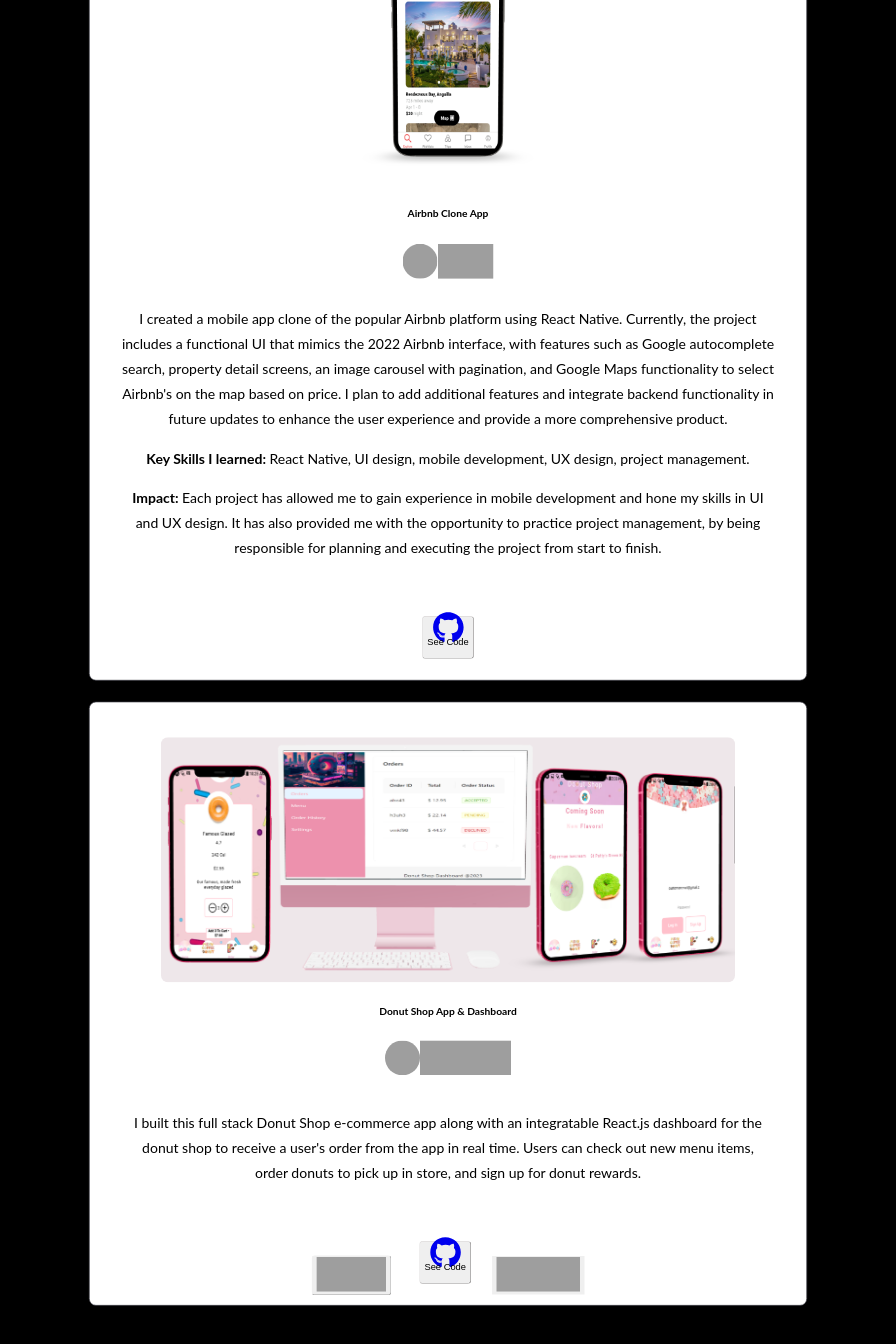
Repository: JamesPesenti/portfolio
Page: /
These files come from the project's save history. The page is drawn as it stood at one moment and after the next save; the edit follows.
The browser window is 1280 px wide. The pictures show the part of the page from y = 1665 to 3585 px (the page is 6929 px tall), at 70% of full size.
Pictures or frames that could not be fetched are drawn as grey boxes. The project was rebuilt for these pictures with package versions that can differ from the ones it lists, and the page was loaded fresh each time. Imported but missing from the stored project, and not drawn on this page: src/Components/James Pesenti Resume 2023.pdf.

Above is the page before, as saved 2023-05-05 14:55:01.

### public/index.html
<!DOCTYPE html>
<html lang="en">
  <head>
    <meta charset="utf-8" />
    <link rel="" href="" />
    <meta name="viewport" content="width=device-width, initial-scale=1" />
    <meta name="theme-color" content="#000000" />
    <meta name="description" content="James Pesenti Portfolio 2022" />
    <link rel="apple-touch-icon" href="" />
    <link rel="manifest" href="%PUBLIC_URL%/manifest.json" />

    <title>Portfolio 2023</title>

  </head>
  <body>
    <div id="root"></div>
  </body>
</html>

### src/Components/Navbar.jsx
import React, {Component} from 'react'
import { FaGithub } from "react-icons/fa";
import { FaEnvelope } from "react-icons/fa";
import { FaFile } from "react-icons/fa";
import Pdf from "../Components/James Pesenti Resume 2023.pdf"


const Navbar = () => {
  return (
    <>
          <div className="navbar flex">
            <div className="container">
                <nav>
                  <ul style={{textAlign: "center", marginTop: 70, position: 'relative', left: 0, top: -2}}>
                    <li>
                      <a className="App-link"  href="mailto:jamespesenti91@gmail.com" target="_blank" rel="noopener noreferrer">
                      <FaEnvelope size={35} style={{display: "flex", textAlign: "center", marginLeft: 10}}/>
                          Contact
                      </a>
                    </li>
                    <li>
                      <a className="App-link" href="https://github.com/JamesPesenti" target="_blank" rel="noopener noreferrer">
                        <FaGithub size={35} style={{display: "flex", textAlign: "center", marginLeft: 10}} />
                        GitHub
                      </a>
                    </li>
                    <li>
                      <a className="App-link" href={Pdf} target="_blank" rel="noopener noreferrer">
                        <FaFile size={35} style={{display: "flex", textAlign: "center", marginLeft: 10}} />
                        Resume
                      </a>
                    </li>
                  </ul>
                </nav>
                {/* <h4 style={{color: "white", textAlign: 'center', marginBottom:-440}}>
                  See my work below and send a message to get in touch
                </h4> */}
            </div>
          </div>
    </>
  )
}

export default Navbar

### src/Components/AboutMe.jsx
import React from 'react'
import { FontAwesomeIcon } from '@fortawesome/react-fontawesome'
import { FaGithub } from "react-icons/fa";
import { FaMapPin } from "react-icons/fa";

const AboutMe = () => {
  return (
    <>

        <div style={{justifyContent: "center", textAlign: "center", color: "white", padding: 50,}}>
            {/* Spinning image  */}
            {/* <img style={{padding: 10, borderRadius: "50%", width: 200, height: 200,}} src="/images/IMG_1619.jpg" className="App-logo" alt="logo" /> */}
            <img style={{padding: 10, borderRadius: "50%", width: 200, height: 200,}} src="/images/IMG_1619.jpg" alt="logo" />
            <h1>I'm James Pesenti</h1>
            <h2>a Software Developer building mobile apps and websites</h2>
              <FaMapPin size={20} style={{position: "relative", top: 5, right: 65, }} />
              <h3 style={{marginTop: -24}}> Chicago, IL</h3>
        </div>

</>
  )
}

export default AboutMe

### src/Components/Scroll.jsx
import React from 'react'
import '../CSS/App.css';


const Scroll = () => {

  return (
    <>

        <div style={{marginBottom: 400, justifyContnent: 'center'}} id="section09" class="demo">
          <a href="#parallaxContainer">
            <span></span>
            Scroll down to see my work
          </a>
        </div>

    </>
  )
}

export default Scroll

### src/Components/MyProjects.jsx
import UberGoogleButton from "../Components/UberGoogleButton"
import AstonGoogleButton from "./AstonGoogleButton"
import AstonAppleButton from "./AstonAppleButton"
import BarceGoogleButton from "../Components/BarceGoogleButton"
import BarceAppleButton from "./BarceAppleButton"
import { FaGithub } from "react-icons/fa";

const MyProjects = () => {
  return (

  <>
    <div id="parallaxContainer">

    {/* Airbnb Clone */}
    <div style={{ justifyContent: 'center', alignItems: 'center',  width: "80%", borderRadius: 10}} className="box">
            <div>
                <img style={{ borderRadius: 10, marginTop: 50, width: "48%", height: 350, transition: ".7s", }} src="images/mockrocket-capture (11).png" />
            </div>
            <h4 style={{textAlign: 'center'}}>Airbnb Clone App</h4>
                <div style={{flexDirection: "row", padding: 10, borderRadius: 10, marginBottom: -40,}}>
                  <img style={{width: 50, height: 50, borderRadius: 50}} src="https://i.pinimg.com/originals/8a/02/1a/8a021aa097236b42dd71fb731e3d894d.gif"/>
                  <img style={{width: 80, height: 50, }} src="https://www.datocms-assets.com/45470/1631026680-logo-react-native.png"  />
                  {/* <img style={{width: 50, height: 50, }} src="https://pbs.twimg.com/profile_images/1114309924551417856/FKA4cm2x_400x400.png"  /> */}
                </div>
            <p style={{fontSize: 20, textAlign: 'center', padding: 40, marginBottom: -70}}>I created a mobile app clone of the popular Airbnb platform using React Native. Currently, the project includes a functional UI that mimics the 2022 Airbnb interface, with features such as Google autocomplete search, property detail screens, an image carousel with pagination, and Google Maps functionality to select Airbnb's on the map based on price. I plan to add additional features and integrate backend functionality in future updates to enhance the user experience and provide a more comprehensive product.</p>
            <p style={{fontSize: 20, textAlign: 'center', padding: 30, marginBottom: -80}}><b> Key Skills I learned: </b>React Native, UI design, mobile development, UX design, project management.</p>
            <p style={{fontSize: 20, textAlign: 'center', padding: 50}}><b> Impact: </b> Each project has allowed me to gain experience in mobile development and hone my skills in UI and UX design. It has also provided me with the opportunity to practice project management, by being responsible for planning and executing the project from start to finish.</p>

            <div style={{flexDirection: "row"}}>
                {/* <UberGoogleButton  /> */}
                <button style={{marginTop: 40}} type="button" className="codeButton">
                  <a href="https://github.com/JamesPesenti/Donut_Shop" target="_blank" rel="noopener noreferrer">
                    <FaGithub  size={45} style={{ marginTop: -80, marginBottom: -25, justifyContent: "center", textAlign: "center"}} />
                  </a>
                  <p>See Code</p>
                </button>
                {/* <AstonAppleButton  /> */}
            </div>

        </div>


     {/* Donut Shop App */}
     <div style={{marginTop: 30, marginBottom: 20, justifyContent: 'center', alignItems: 'center',  width: "80%", borderRadius: 10}} className="box">
            <div>
                <img style={{ borderRadius: 10, marginTop: 50, width: "80%", height: 350, transition: ".7s", }} src="/images/appAndDashMock.png" />
            </div>
            <h4 style={{textAlign: 'center'}}>Donut Shop App & Dashboard</h4>
                <div style={{flexDirection: "row", padding: 10, borderRadius: 10, marginBottom: -40,}}>
                  <img style={{width: 50, height: 50, borderRadius: 50}} src="https://i.pinimg.com/originals/8a/02/1a/8a021aa097236b42dd71fb731e3d894d.gif"/>
                  <img style={{width: 80, height: 50, }} src="https://www.datocms-assets.com/45470/1631026680-logo-react-native.png"  />
                  <img style={{width: 50, height: 50, }} src="https://pbs.twimg.com/profile_images/1114309924551417856/FKA4cm2x_400x400.png"  />
                </div>
            <p style={{fontSize: 20,textAlign: 'center', padding: 50}}>I built this full stack Donut Shop e-commerce app along with an integratable React.js dashboard for the donut shop to receive a user's order from the app in real time. Users can check out new menu items, order donuts to pick up in store, and sign up for donut rewards.</p>

            <div style={{flexDirection: "row"}}>
                <UberGoogleButton  />
                <button style={{marginTop: 40}} type="button" className="codeButton">
                  <a href="https://github.com/JamesPesenti/Donut_Shop" target="_blank" rel="noopener noreferrer">
                    <FaGithub  size={45} style={{ marginTop: -80, marginBottom: -25, justifyContent: "center", textAlign: "center"}} />
                  </a>
                  <p>See Code</p>
                </button>
                <AstonAppleButton  />
            </div>

        </div>


    {/* Uber Eats App */}
    <div style={{marginTop: 80, marginBottom: 60, justifyContent: 'center', alignItems: 'center',  width: "80%", borderRadius: 10}} className="box">
            <div className="imgWrapper" style={{width: 480, height: 350}}>
                <img style={{ borderRadius: 5, marginTop: 50, width: "100%", height: 300, transition: ".7s", }} src="/images/UberEatsLast.png" />
            </div>
            <h4 style={{textAlign: 'center'}}>Uber Eats Clone App</h4>
                <div style={{flexDirection: "row", padding: 10, borderRadius: 10, marginBottom: -40,}}>
                  <img style={{width: 50, height: 50, borderRadius: 50}} src="https://i.pinimg.com/originals/8a/02/1a/8a021aa097236b42dd71fb731e3d894d.gif"/>
                  <img style={{width: 80, height: 50, }} src="https://www.datocms-assets.com/45470/1631026680-logo-react-native.png"  />
                  <img style={{width: 50, height: 50, }} src="https://pbs.twimg.com/profile_images/1114309924551417856/FKA4cm2x_400x400.png" />
                </div>
            <p style={{fontSize: 20,textAlign: 'center', padding: 50}}>A full stack React Native app inspired by the UberEats user app. I utilized AWS Amplify's datastore to configure the back-end to query and save customer's orders and used Amazon Cognito for user registration, authentication, & account recovery.</p>

            <div style={{flexDirection: "row"}}>
                <UberGoogleButton  />
                <button style={{marginTop: 40}} type="button" className="codeButton">
                  <a href="https://github.com/JamesPesenti/UberEatsClone" target="_blank" rel="noopener noreferrer">
                    <FaGithub  size={45} style={{ marginTop: -80, marginBottom: -20, justifyContent: "center", textAlign: "center"}} />
                  </a>
                  <p>See Code</p>
                </button>
                <AstonAppleButton  />
            </div>

        </div>


     {/* Aston Waikiki App */}
       <div style={{marginTop: 80, marginBottom: 120, justifyContent: 'center', alignItems: 'center',  width: "80%", borderRadius: 10}} className="box">
            <div className="imgWrapper" style={{width: 450, height: 350}}>
                <img style={{ marginTop: 50, width: "100%", height: "auto", transition: ".7s", }} src="/images/astonmock.png" />
            </div>
            <h4 style={{textAlign: 'center'}}>Aston Waikiki Hotel UI</h4>
                <div style={{flexDirection: "row", padding: 10, borderRadius: 10, marginBottom: -40,}}>
                  <img style={{width: 50, height: 50, borderRadius: 50}} src="https://i.pinimg.com/originals/8a/02/1a/8a021aa097236b42dd71fb731e3d894d.gif"/>
                  <img style={{width: 80, height: 50, }} src="https://www.datocms-assets.com/45470/1631026680-logo-react-native.png"  />
                </div>
            <p style={{fontSize: 20,textAlign: 'center', padding: 50}}>A React Native UI design I created to reimagine the hotel Aston Waikiki Beach's website into a cross platform mobile app. I used most of the content and images from the current website and utilized both Bottom Tabs, Drawer navigation and other React Native libraries for a better user experience.</p>

            <div style={{flexDirection: "row"}}>
                <AstonGoogleButton  />
                <button style={{marginTop: 40}} type="button" className="codeButton">
                        <a href="https://github.com/JamesPesenti/AstonWaikikiBeachApp" target="_blank" rel="noopener noreferrer">
                            <FaGithub  size={45} style={{ marginTop: -80, marginBottom: -20, justifyContent: "center", textAlign: "center"}} />
                        </a>
                        <p>See Code</p>
                </button>
                <AstonAppleButton  />
            </div>

        </div>


    {/* Barcelona App */}
       <div style={{marginTop: 20, marginBottom: 120, justifyContent: 'center', alignItems: 'center',  width: "80%", borderRadius: 10}} className="box">
            <div className="imgWrapper" style={{width: 650, height: 300}}>
                <img style={{ marginTop: 30, width: "100%", height: 250, transition: ".7s", }} src="/images/barcelonamockup.png" />
            </div>
            <h4 style={{textAlign: 'center'}}>Barcelona Tourist App</h4>
                <div style={{flexDirection: "row", padding: 10, borderRadius: 10, marginBottom: -20,}}>
                <img style={{width: 80, height: 50,}} src="https://www.datocms-assets.com/45470/1631026680-logo-react-native.png"  />
                <img style={{width: 50, height: 50, borderRadius: 50}} src="https://i.pinimg.com/originals/8a/02/1a/8a021aa097236b42dd71fb731e3d894d.gif"/>
                </div>
            <p style={{fontSize: 20, textAlign: 'center', padding: 50}}>I created this React Native app for visitors of Barcelona Spain to save pictures and locations of their favorite places. I used pop-up modals for users to quickly get information on popular sights and used geolocation with google maps so users can save their location and select it on the map.</p>

            <div style={{flexDirection: "row"}}>
               <BarceAppleButton  />
                <button style={{marginTop: 40}} type="button" className="codeButton">
                        <a href="https://github.com/JamesPesenti/BarcelonaApp" target="_blank" rel="noopener noreferrer">
                            <FaGithub  size={45} style={{ marginTop: -80, marginBottom: -20, justifyContent: "center", textAlign: "center"}} />
                        </a>
                        <p>See Code</p>
                </button>
                <BarceGoogleButton  />
            </div>

        </div>

    {/* IAR React App */}
        {/* <div style={{marginBottom: 0, justifyContent: 'center', alignItems: 'center',  width: "80%", borderRadius: 10}} className="box">
            <img style={{ width: 600, height: 350, borderRadius: 10, borderWidth: 2, borderColor: "green"}} src="/images/innermock.png" />
            <h4 style={{textAlign: 'center'}}>Inner Aura Readings Website</h4>
            <div style={{flexDirection: "row", padding: 10, borderRadius: 10}}>
                <img src="https://www.logo.wine/a/logo/React_(web_framework)/React_(web_framework)-Logo.wine.svg" style={{width: 100, height: 50,}} />
                <img className="logoBox" src="https://cdn.pixabay.com/photo/2017/08/05/11/16/logo-2582747_1280.png" style={{width: 50, height: 50,}} />
            </div>
            <p style={{fontSize: 20, textAlign: 'center', padding: 50}}>This was the first official React.js web app that I developed. I made it for a friend who wanted to reach more customers with a mobile friendly website. I made multiple iterations and converted it into a PWA for offline operability with native like performance. </p>
            <button style={{marginTop: 0}} type="button" className="codeButton">
                        <a href="https://github.com/JamesPesenti/InnerAuraReadings2022" target="_blank" rel="noopener noreferrer">
                            <FaGithub  size={45} style={{ marginTop: -80, marginBottom: -20, justifyContent: "center", textAlign: "center"}} />
                        </a>
                        <p>See Code</p>
            </button>

        </div> */}


{/* REapp */}
        {/* <div style={{marginBottom: 100, justifyContent: 'center', alignItems: 'center',  width: "80%", borderRadius: 10,}} className="box">
        <img style={{marginTop: 50, width: 800, height: 350, borderRadius: 10, borderWidth: 2, borderColor: "green"}} src="/images/remockup.png" />
            <h4 style={{textAlign: 'center'}}>Real Estate Listing Website </h4>
            <div style={{flexDirection: "row", padding: 10, borderRadius: 10}}>
                <img src="https://www.logo.wine/a/logo/React_(web_framework)/React_(web_framework)-Logo.wine.svg" style={{width: 100, height: 50,}} />
                <img src="https://img.icons8.com/color/480/cloud-firestore.png" style={{width: 50, height: 50,}} />
                <img src="https://raw.githubusercontent.com/JamesPesenti/RealEstateApp/16b046b3d34b4a26468627e906dc503be8911b73/src/assets/svg/googleIcon.svg" style={{marginBottom: 8, width: 100, height: 30,}} />
            </div>
            <p style={{fontSize: 20, textAlign: 'center', padding: 50}}>Real Estate listing website built with React, FireStore database and Google OAuth to sign in with a google account. You can search listings for rent/sale and login to your account to create a listing and save offers. Inspiration and back-end code taken from Brad Traversey's React course I took on Udemy.</p>
            <button style={{marginTop: 40}} type="button" className="codeButton">
                        <a href="https://github.com/JamesPesenti/RealEstateApp" target="_blank" rel="noopener noreferrer">
                            <FaGithub  size={45} style={{ marginTop: -80, marginBottom: -20, justifyContent: "center", textAlign: "center"}} />
                        </a>
                        <p>See Code</p>
            </button>
        </div> */}

    </div>


    </>
  )
}

export default MyProjects

### src/Components/UberGoogleButton.jsx
import React from 'react'


const UberGoogleButton = () => {
  return (
    <>
    <button type="button" style={{marginRight: 40, borderWidth: .1, borderColor: '#efefef', borderRadius: 5}}>
        <a href="https://expo.dev/accounts/jimpesenti/projects/UberEats/builds/b9dfcb73-dd37-4009-b5f9-7d24a72b937d">
            <img style={{width: 100, height: 50, borderRadius: 0}} src="https://logos-world.net/wp-content/uploads/2020/12/Google-Play-Logo-500x281.png"/>
        </a>
    </button>
    </>
  )
}

export default UberGoogleButton

### src/Components/AstonGoogleButton.jsx
import React from 'react'


const AstonGoogleButton = () => {
  return (
    <>
    <button type="button" style={{marginRight: 40, borderWidth: .1, borderColor: '#efefef', borderRadius: 5}}>
        <a href="https://play.google.com/store/apps/details?id=com.jamespesenti91.astonwaikikibeach">
            <img style={{width: 100, height: 50, borderRadius: 0}} src="https://logos-world.net/wp-content/uploads/2020/12/Google-Play-Logo-500x281.png"/>
        </a>
    </button>
    </>
  )
}

export default AstonGoogleButton

### src/Components/AstonAppleButton.jsx
import React from 'react'

const AstonAppleButton = () => {
  return (
    <>
    <button type="submit" style={{marginLeft: 30, borderWidth: 0,}}  >
        <a href="">
            <img style={{width: 120, height: 50, borderRadius: 0}} src="https://images.squarespace-cdn.com/content/v1/5b549a7f3c3a53487c250f58/1597439116255-P7ME5MNOIWQLJS1X4CPP/Apple+App+Store+Logo+Button.png"/>
        </a>
    </button>
    </>
  )
}

export default AstonAppleButton

### src/Components/BarceGoogleButton.jsx
import React from 'react'


const BarceGoogleButton = () => {
  return (
    <>
    <button type="button" style={{marginLeft: 30, borderWidth: .1, borderColor: '#efefef', borderRadius: 5}}>
        <a href="https://play.google.com/store/apps/details?id=com.jamespesenti91.VisitBarcelona">
            <img style={{width: 100, height: 50, borderRadius: 0}} src="https://logos-world.net/wp-content/uploads/2020/12/Google-Play-Logo-500x281.png" alt="barceButton"/>
        </a>
    </button>
    </>
  )
}

export default BarceGoogleButton

### src/Components/BarceAppleButton.jsx
import React from 'react'

const BarceAppleButton = () => {
  return (
    <>
    <button type="submit" style={{marginRight: 30, borderWidth: 0,}}  >
        <a href="">
            <img style={{width: 120, height: 50, borderRadius: 0}} src="https://images.squarespace-cdn.com/content/v1/5b549a7f3c3a53487c250f58/1597439116255-P7ME5MNOIWQLJS1X4CPP/Apple+App+Store+Logo+Button.png"/>
        </a>
    </button>
    </>
  )
}

export default BarceAppleButton

Loaded but not shown: src/index.js (common file); src/reportWebVitals.js (common file); src/serviceWorkerRegistration.js (137 lines, source omitted); src/App.js (33 lines, source omitted); src/CSS/App.css (351 lines, source omitted); src/CSS/index.css (197 lines, source omitted)

After the next save:
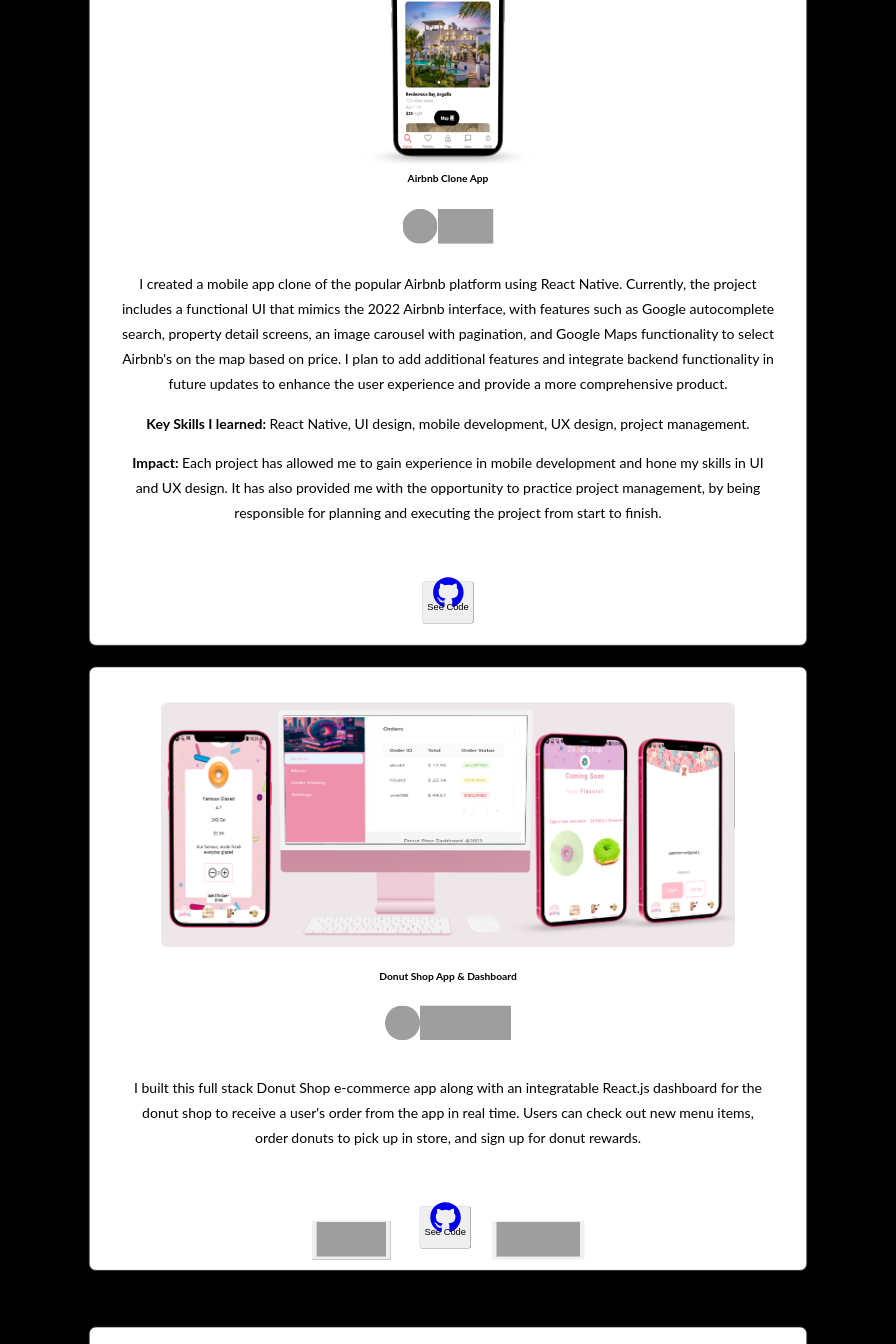
Saved 6 min 24 s later.
--- a/src/Components/MyProjects.jsx
+++ b/src/Components/MyProjects.jsx
@@ -14,7 +14,7 @@
     {/* Airbnb Clone */}
     <div style={{ justifyContent: 'center', alignItems: 'center',  width: "80%", borderRadius: 10}} className="box">
             <div>
-                <img style={{ borderRadius: 10, marginTop: 50, width: "48%", height: 350, transition: ".7s", }} src="images/mockrocket-capture (11).png" />
+                <img style={{ borderRadius: 10, marginTop: 50, marginBottom: -50, width: "48%", height: 350, transition: ".7s", }} src="images/mockrocket-capture (11).png" />
             </div>
             <h4 style={{textAlign: 'center'}}>Airbnb Clone App</h4>
                 <div style={{flexDirection: "row", padding: 10, borderRadius: 10, marginBottom: -40,}}>
